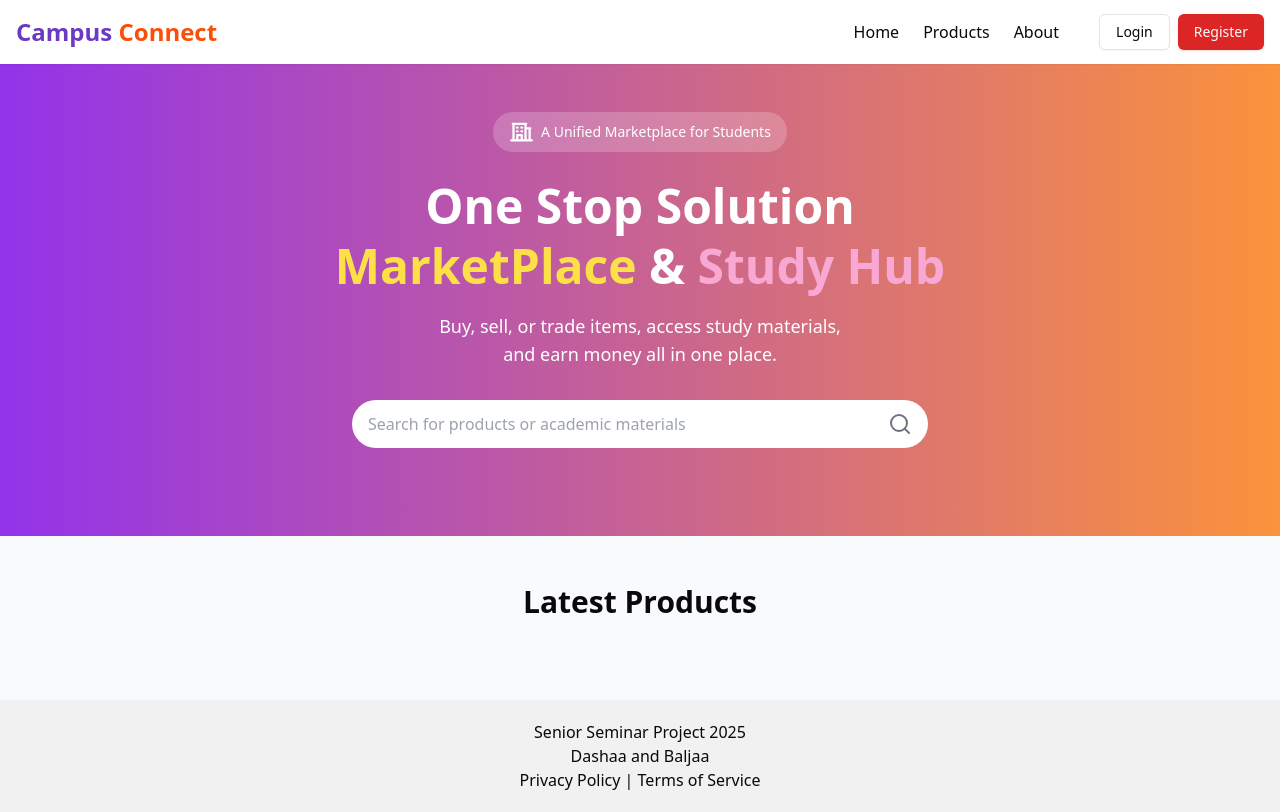
Repository: DashaaFX/Campus-Connect-CSC482
Page: / (app in frontend-recovery/)
These files come from the project's save history. The page is drawn as it stood at one moment and after a run of saves; the edit follows.
The browser window is 1280 px wide. The pictures show the whole page.
The page's requests for data from a server got no answer. The project was rebuilt for these pictures with package versions that can differ from the ones it lists, and the page was loaded fresh each time. No one was signed in, and anything a server would have sent is missing. Also part of the build but not shown: frontend-recovery/vite.config.js, frontend-recovery/src/components/ui/popover.jsx, frontend-recovery/src/components/ui/avatar.jsx, frontend-recovery/src/components/ui/label.jsx, frontend-recovery/src/components/ui/input.jsx, frontend-recovery/src/components/ui/radio-group.jsx, frontend-recovery/src/components/authentication/Login.jsx, frontend-recovery/src/components/authentication/Register.jsx and 22 more.

Above is the page before, as saved 2025-04-30 18:04:46.

### frontend-recovery/index.html
<!doctype html>
<html lang="en">
  <head>
    <meta charset="UTF-8" />
    <link rel="icon" href="/sunfire sensei logo.png" />
    <meta name="viewport" content="width=device-width, initial-scale=1.0" />
    <title>Campus Connect</title>
  </head>
  <body>
    <div id="root"></div>
    <script type="module" src="/src/main.jsx"></script>
  </body>
</html>

### frontend-recovery/src/main.jsx
import { StrictMode } from "react";
import { createRoot } from "react-dom/client";
import "./index.css";
import App from "./App.jsx";
import { Toaster } from "./components/ui/sonner";
import { Provider } from "react-redux";
import { persistStore } from "redux-persist";

import store from "./redux/store";
import { PersistGate } from "redux-persist/integration/react";

const persistor = persistStore(store);

createRoot(document.getElementById("root")).render(
  <StrictMode>
    <Provider store={store}>
      <PersistGate loading={null} persistor={persistor}>
        <App />
        <Toaster />
      </PersistGate>
    </Provider>
  </StrictMode>
);

### frontend-recovery/src/index.css
@tailwind base;
@tailwind components;
@tailwind utilities;

/* ... */

@layer base {
  :root {

    --background: 0 0% 100%;

    --foreground: 240 10% 3.9%;

    --card: 0 0% 100%;

    --card-foreground: 240 10% 3.9%;

    --popover: 0 0% 100%;

    --popover-foreground: 240 10% 3.9%;

    --primary: 240 5.9% 10%;

    --primary-foreground: 0 0% 98%;

    --secondary: 240 4.8% 95.9%;

    --secondary-foreground: 240 5.9% 10%;

    --muted: 240 4.8% 95.9%;

    --muted-foreground: 240 3.8% 46.1%;

    --accent: 240 4.8% 95.9%;

    --accent-foreground: 240 5.9% 10%;

    --destructive: 0 84.2% 60.2%;

    --destructive-foreground: 0 0% 98%;

    --border: 240 5.9% 90%;

    --input: 240 5.9% 90%;

    --ring: 240 10% 3.9%;

    --chart-1: 12 76% 61%;

    --chart-2: 173 58% 39%;

    --chart-3: 197 37% 24%;

    --chart-4: 43 74% 66%;

    --chart-5: 27 87% 67%;

    --radius: 0.5rem
  }
  .dark {

    --background: 240 10% 3.9%;

    --foreground: 0 0% 98%;

    --card: 240 10% 3.9%;

    --card-foreground: 0 0% 98%;

    --popover: 240 10% 3.9%;

    --popover-foreground: 0 0% 98%;

    --primary: 0 0% 98%;

    --primary-foreground: 240 5.9% 10%;

    --secondary: 240 3.7% 15.9%;

    --secondary-foreground: 0 0% 98%;

    --muted: 240 3.7% 15.9%;

    --muted-foreground: 240 5% 64.9%;

    --accent: 240 3.7% 15.9%;

    --accent-foreground: 0 0% 98%;

    --destructive: 0 62.8% 30.6%;

    --destructive-foreground: 0 0% 98%;

    --border: 240 3.7% 15.9%;

    --input: 240 3.7% 15.9%;

    --ring: 240 4.9% 83.9%;

    --chart-1: 220 70% 50%;

    --chart-2: 160 60% 45%;

    --chart-3: 30 80% 55%;

    --chart-4: 280 65% 60%;

    --chart-5: 340 75% 55%
  }
}

@layer base {
  * {
    @apply border-border;
  }
  body {
    @apply bg-background text-foreground;
  }
}

@keyframes collapsible-down {
  from {
    height: 0;
    opacity: 0;
  }
  to {
    height: var(--radix-collapsible-content-height);
    opacity: 1;
  }
}

@keyframes collapsible-up {
  from {
    height: var(--radix-collapsible-content-height);
    opacity: 1;
  }
  to {
    height: 0;
    opacity: 0;
  }
}

### frontend-recovery/src/components/ui/sonner.jsx
import { useTheme } from "next-themes"
import { Toaster as Sonner } from "sonner"

const Toaster = ({
  ...props
}) => {
  const { theme = "system" } = useTheme()

  return (
    (<Sonner
      theme={theme}
      className="toaster group"
      toastOptions={{
        classNames: {
          toast:
            "group toast group-[.toaster]:bg-background group-[.toaster]:text-foreground group-[.toaster]:border-border group-[.toaster]:shadow-lg",
          description: "group-[.toast]:text-muted-foreground",
          actionButton:
            "group-[.toast]:bg-primary group-[.toast]:text-primary-foreground",
          cancelButton:
            "group-[.toast]:bg-muted group-[.toast]:text-muted-foreground",
        },
      }}
      {...props} />)
  );
}

export { Toaster }

### frontend-recovery/src/components/components_lite/Navbar.jsx
import React from "react";
import { Link, useNavigate } from "react-router-dom";
import { Popover, PopoverContent, PopoverTrigger } from "../ui/popover";
import { Avatar, AvatarImage } from "../ui/avatar";
import { Button } from "../ui/button";
import { LogOut, User2, ShoppingCart, PackageCheck, PackageSearch } from "lucide-react";
import { useDispatch, useSelector } from "react-redux";
import { toast } from "sonner";
import axios from "axios";
import { setUser } from "@/redux/authSlice";
import { USER_API_ENDPOINT } from "@/utils/data";


const Navbar = () => {
  const { user } = useSelector((store) => store.auth);
  const cartItems = useSelector((state) => state.cart.items);
  const cartCount = cartItems.reduce((acc, item) => acc + item.quantity, 0);

  const dispatch = useDispatch();
  const navigate = useNavigate();

  const itemCount = cartItems.reduce((acc, item) => acc + item.quantity, 0);

  const logoutHandler = async () => {
    try {
      const res = await axios.post(`${USER_API_ENDPOINT}/logout`, {
        withCredentials: true,
      });
      if (res && res.data && res.data.success) {
        dispatch(setUser(null));
        navigate("/");
        toast.success(res.data.message);
      } else {
        console.error("Error logging out:", res.data);
      }
    } catch (error) {
      console.error("Axios error:", error);
      if (error.response) {
        console.error("Error response:", error.response.data);
      }
      toast.error("Error logging out. Please try again.");
    }
  };

  return (
    <div className="bg-white sticky top-0 z-50 shadow-sm">
      <div className="flex items-center justify-between mx-auto max-w-7xl h-16 px-4">
        <div>
          <Link to="/" className="cursor-pointer">
            <h1 className="text-2xl font-bold">
              <span className="text-[#6B3AC2]">Campus</span>{" "}
              <span className="text-[#FA4F09]">Connect</span>
            </h1>
          </Link>
        </div>

        <div className="flex items-center gap-10">
          <ul className="flex font-medium items-center gap-6">
            <li><Link to={"/Home"}>Home</Link></li>
            <li><Link to={"/products"}>Products</Link></li>
            <li><Link to={"/Creator"}>About</Link></li>
            {user && (
              <>
                <li>
                  <Link to={"/cart"} className="relative flex items-center gap-1">
                    <ShoppingCart size={18} />
                    Cart
                    {itemCount > 0 && (
                      <span className="ml-1 inline-flex items-center justify-center px-2 py-0.5 text-xs font-bold text-white bg-red-500 rounded-full">
                        {itemCount}
                      </span>
                    )}
                  </Link>
                </li>
                <li>
                  <Link to={"/my-orders"} className="flex items-center gap-1">
                    <PackageCheck size={18} />
                    My Orders
                  </Link>
                </li>
                <li>
                  <Link to={"/my-sales"} className="flex items-center gap-1">
                    <PackageSearch size={18} />
                    My Sales
                  </Link>
                </li>

              </>
            )}
          </ul>

          {!user ? (
            <div className="flex items-center gap-2">
              <Link to={"/login"}>
                <Button variant="outline">Login</Button>
              </Link>
              <Link to={"/register"}>
                <Button className="bg-red-600 hover:bg-red-700">
                  Register
                </Button>
              </Link>
            </div>
          ) : (
            <Popover>
              <PopoverTrigger asChild>
                <Avatar className="cursor-pointer">
                  <AvatarImage
                    src={user?.profile?.profilePhoto}
                    alt="profile"
                  />
                </Avatar>
              </PopoverTrigger>
              <PopoverContent className="w-80">
                <div className="flex items-center gap-4 space-y-2">
                  <Avatar>
                    <AvatarImage
                      src={user?.profile?.profilePhoto}
                      alt="profile"
                    />
                  </Avatar>
                  <div>
                    <h3 className="font-medium">{user?.fullname}</h3>
                    <p className="text-sm text-muted-foreground">
                      {user?.profile?.bio}
                    </p>
                  </div>
                </div>

                <div className="flex flex-col my-2 text-gray-600">
                  <div className="flex w-fit items-center gap-2 cursor-pointer">
                    <User2 />
                    <Button variant="link">
                      <Link to={"/Profile"}>Profile</Link>
                    </Button>
                  </div>

                  <div className="flex w-fit items-center gap-2 cursor-pointer">
                    <LogOut />
                    <Button onClick={logoutHandler} variant="link">
                      Logout
                    </Button>
                  </div>
                </div>
              </PopoverContent>
            </Popover>
          )}
        </div>
      </div>
    </div>
  );
};

export default Navbar;

### frontend-recovery/src/components/components_lite/Home.jsx
// src/components/components_lite/Home.jsx
import React, { useEffect, useState } from 'react';
import Navbar from './Navbar';
import Header from './Header';
import Footer from './Footer';
import axios from 'axios';
import { PRODUCT_API_ENDPOINT } from '@/utils/data';
import { Link } from 'react-router-dom';
import { Button } from '../ui/button';
import LatestProducts from './LatestProducts';

const BASE_URL = import.meta.env.VITE_API_BASE_URL || 'http://localhost:3000';

const Home = () => {
  const [recentProducts, setRecentProducts] = useState([]);

  useEffect(() => {
    axios
      .get(`${PRODUCT_API_ENDPOINT}?limit=6&sort=-createdAt`)
      .then(res => {
        setRecentProducts(res.data.data || res.data);
      })
      .catch(err => console.error('Failed to load products', err));
  }, []);

  return (
    <div className="min-h-screen flex flex-col">
      <Navbar />
      <Header />

      <main className="flex-grow bg-gray-50 py-12 px-4">
      <div className="container mx-auto">
        <h2 className="text-3xl font-bold text-center mb-8">Latest Products</h2>
        <LatestProducts limit={6} />
      </div>
    </main>

      <Footer />
    </div>
  );
};

export default Home;

### frontend-recovery/src/components/ui/button.jsx
import * as React from "react"
import { Slot } from "@radix-ui/react-slot"
import { cva } from "class-variance-authority";

import { cn } from "@/lib/utils"

const buttonVariants = cva(
  "inline-flex items-center justify-center gap-2 whitespace-nowrap rounded-md text-sm font-medium transition-colors focus-visible:outline-none focus-visible:ring-1 focus-visible:ring-ring disabled:pointer-events-none disabled:opacity-50 [&_svg]:pointer-events-none [&_svg]:size-4 [&_svg]:shrink-0",
  {
    variants: {
      variant: {
        default:
          "bg-primary text-primary-foreground shadow hover:bg-primary/90",
        destructive:
          "bg-destructive text-destructive-foreground shadow-sm hover:bg-destructive/90",
        outline:
          "border border-input bg-background shadow-sm hover:bg-accent hover:text-accent-foreground",
        secondary:
          "bg-secondary text-secondary-foreground shadow-sm hover:bg-secondary/80",
        ghost: "hover:bg-accent hover:text-accent-foreground",
        link: "text-primary underline-offset-4 hover:underline",
      },
      size: {
        default: "h-9 px-4 py-2",
        sm: "h-8 rounded-md px-3 text-xs",
        lg: "h-10 rounded-md px-8",
        icon: "h-9 w-9",
      },
    },
    defaultVariants: {
      variant: "default",
      size: "default",
    },
  }
)

const Button = React.forwardRef(({ className, variant, size, asChild = false, ...props }, ref) => {
  const Comp = asChild ? Slot : "button"
  return (
    (<Comp
      className={cn(buttonVariants({ variant, size, className }))}
      ref={ref}
      {...props} />)
  );
})
Button.displayName = "Button"

export { Button, buttonVariants }

### frontend-recovery/src/components/components_lite/Header.jsx
// src/components/components_lite/Header.jsx
import React, { useEffect, useState } from 'react';
import { Button } from '../ui/button';
import { Search } from 'lucide-react';
import { PiBuildingOfficeBold } from 'react-icons/pi';
import axios from 'axios';
import { CATEGORY_API_ENDPOINT } from '@/utils/data';
import { useNavigate } from 'react-router-dom';

const Header = () => {
  const [categories, setCategories] = useState([]);
  const navigate = useNavigate();

  useEffect(() => {
    axios
      .get(CATEGORY_API_ENDPOINT)
      .then(res => setCategories(res.data))
      .catch(err => console.error('Failed to load categories', err));
  }, []);

  return (
    <header className="bg-gradient-to-r from-purple-600 to-orange-400 text-white py-12 px-4">
      <div className="container mx-auto text-center">
        <div className="mb-6">
          <span className="inline-flex items-center px-4 py-2 bg-white bg-opacity-20 rounded-full text-sm font-medium">
            <PiBuildingOfficeBold className="mr-2 text-2xl" />
            A Unified Marketplace for Students
          </span>
        </div>
        <h1 className="text-5xl font-extrabold leading-tight mb-4">
          One Stop Solution <br />
          <span className="text-yellow-300">MarketPlace</span> & <span className="text-pink-300">Study Hub</span>
        </h1>
        <p className="text-lg mb-8">
          Buy, sell, or trade items, access study materials,<br /> and earn money all in one place.
        </p>
        <div className="max-w-xl mx-auto relative">
          <input
            type="text"
            placeholder="Search for products or academic materials"
            className="w-full py-3 px-4 rounded-full text-black focus:outline-none"
          />
          <Search className="absolute right-4 top-1/2 transform -translate-y-1/2 text-gray-500" />
        </div>
      </div>

      <nav className="mt-10 overflow-x-auto">
        <ul className="flex space-x-4 px-4">
          {categories.map(cat => (
            <li key={cat._id}>
              <Button
                variant="outline"
                onClick={() => navigate(`/products/category/${cat._id}`)}
              >
                {cat.name.replace(/_/g, ' ')}
              </Button>
            </li>
          ))}
        </ul>
      </nav>
    </header>
  );
};

export default Header;

### frontend-recovery/src/components/components_lite/Footer.jsx
import React from "react";
import { Link } from "react-router-dom";

const Footer = () => {
  return (
    <div>
      {/* Footer for the current page */}
      <div
        style={{
          textAlign: "center",
          padding: "20px",
          backgroundColor: "#f1f1f1",
        }}
      >
        <p> Senior Seminar Project 2025</p>
        <p>
          Dashaa and Baljaa
        </p>
        <p>
          <Link to={"/PrivacyPolicy"}>Privacy Policy </Link> |
          <Link to={"/TermsofService"}> Terms of Service</Link>
        </p>
      </div>
    </div>
  );
};

export default Footer;

### frontend-recovery/src/components/components_lite/LatestProducts.jsx
// src/components/components_lite/LatestProducts.jsx
import React, { useEffect, useState } from 'react';
import axios from 'axios';
import { PRODUCT_API_ENDPOINT } from '@/utils/data';
import { Link } from 'react-router-dom';
import { Button } from '../ui/button';

const BASE_URL = import.meta.env.VITE_API_BASE_URL || 'http://localhost:3000';

const LatestProducts = ({ limit = 6 }) => {
  const [products, setProducts] = useState([]);

  useEffect(() => {
    axios
      .get(`${PRODUCT_API_ENDPOINT}?limit=${limit}&sort=-createdAt`)
      .then(res => setProducts(res.data.data || res.data))
      .catch(err => console.error('Failed to load products', err));
  }, [limit]);

  return (
    <div className="grid grid-cols-1 sm:grid-cols-2 md:grid-cols-3 gap-6">
      {products.map(product => (
        <Link
          key={product._id}
          to={`/products/${product._id}`}
          className="block bg-white rounded-lg shadow hover:shadow-lg transition-shadow p-4 flex flex-col"
        >
          <img
            src={
              product.images?.[0]
                ? `${BASE_URL}${product.images[0]}`
                : '/placeholder-image.jpg'
            }
            alt={product.title}
            className="h-40 w-full object-cover rounded"
          />
          <h3 className="mt-4 font-semibold text-lg">{product.title}</h3>
          <p className="text-sm text-gray-500 flex-grow mt-1">
            {product.description?.substring(0, 60)}...
          </p>
          <div className="mt-4 flex items-center justify-between">
            <span className="font-bold text-xl">${product.price.toFixed(2)}</span>
            <Button size="sm">View</Button>
          </div>
        </Link>
      ))}
    </div>
  );
};

export default LatestProducts;

Loaded but not shown: frontend-recovery/src/lib/utils.js (common file); frontend-recovery/tailwind.config.js (common file); frontend-recovery/src/redux/productSlice.js (180 lines, source omitted); frontend-recovery/src/redux/authSlice.js (133 lines, source omitted); frontend-recovery/src/redux/cartSlice.js (74 lines, source omitted); frontend-recovery/src/redux/store.js (41 lines, source omitted); frontend-recovery/src/utils/data.js (8 lines, source omitted); frontend-recovery/src/App.jsx (100 lines, source omitted)

After the next 2 saves:
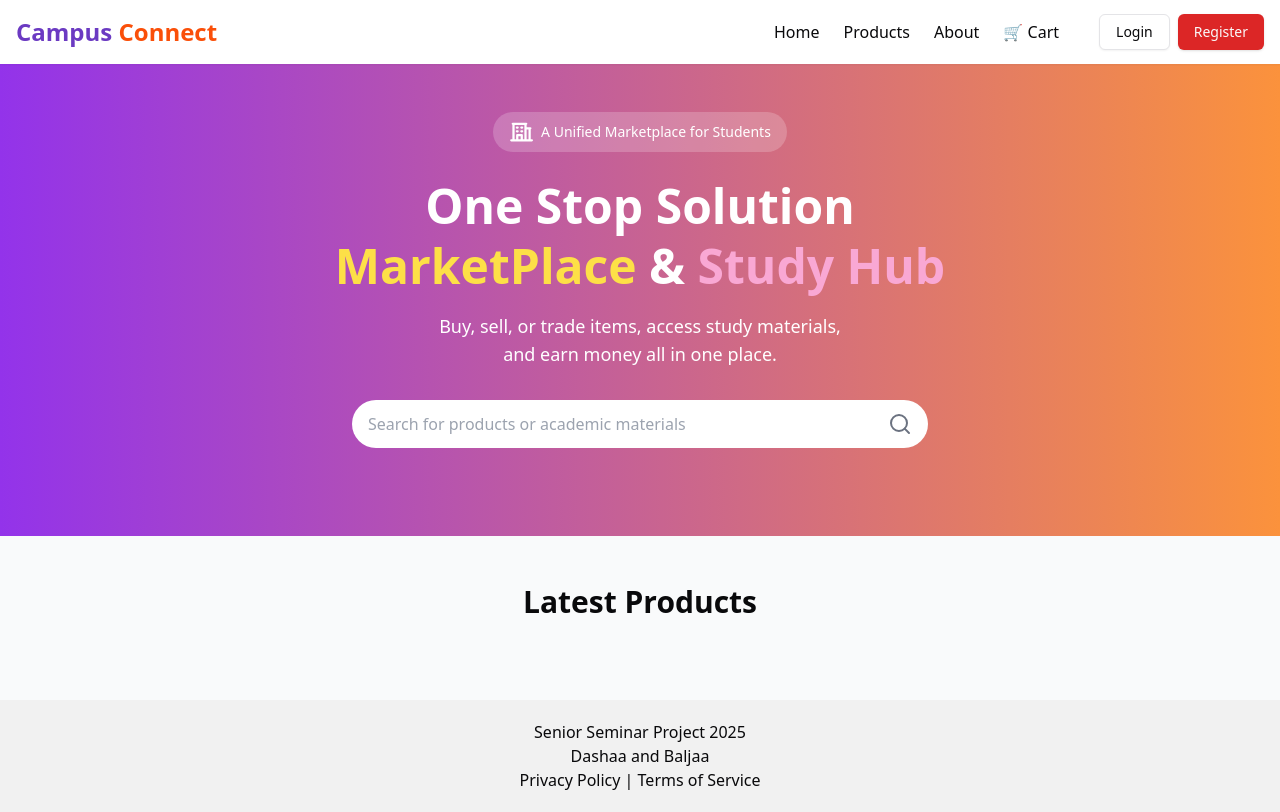
The 2 saves are shown as one change because they came seconds apart.
The last was saved 64 s later.
--- a/frontend-recovery/src/components/components_lite/Navbar.jsx
+++ b/frontend-recovery/src/components/components_lite/Navbar.jsx
@@ -59,6 +59,16 @@
             <li><Link to={"/Home"}>Home</Link></li>
             <li><Link to={"/products"}>Products</Link></li>
             <li><Link to={"/Creator"}>About</Link></li>
+            <li>
+            <Link to="/cart" className="relative">
+              🛒 Cart
+              {cartCount > 0 && (
+                <span className="absolute -top-2 -right-3 bg-red-600 text-white text-xs px-2 py-0.5 rounded-full">
+                  {cartCount}
+                </span>
+              )}
+            </Link>
+          </li>
             {user && (
               <>
                 <li>

After the save that followed:
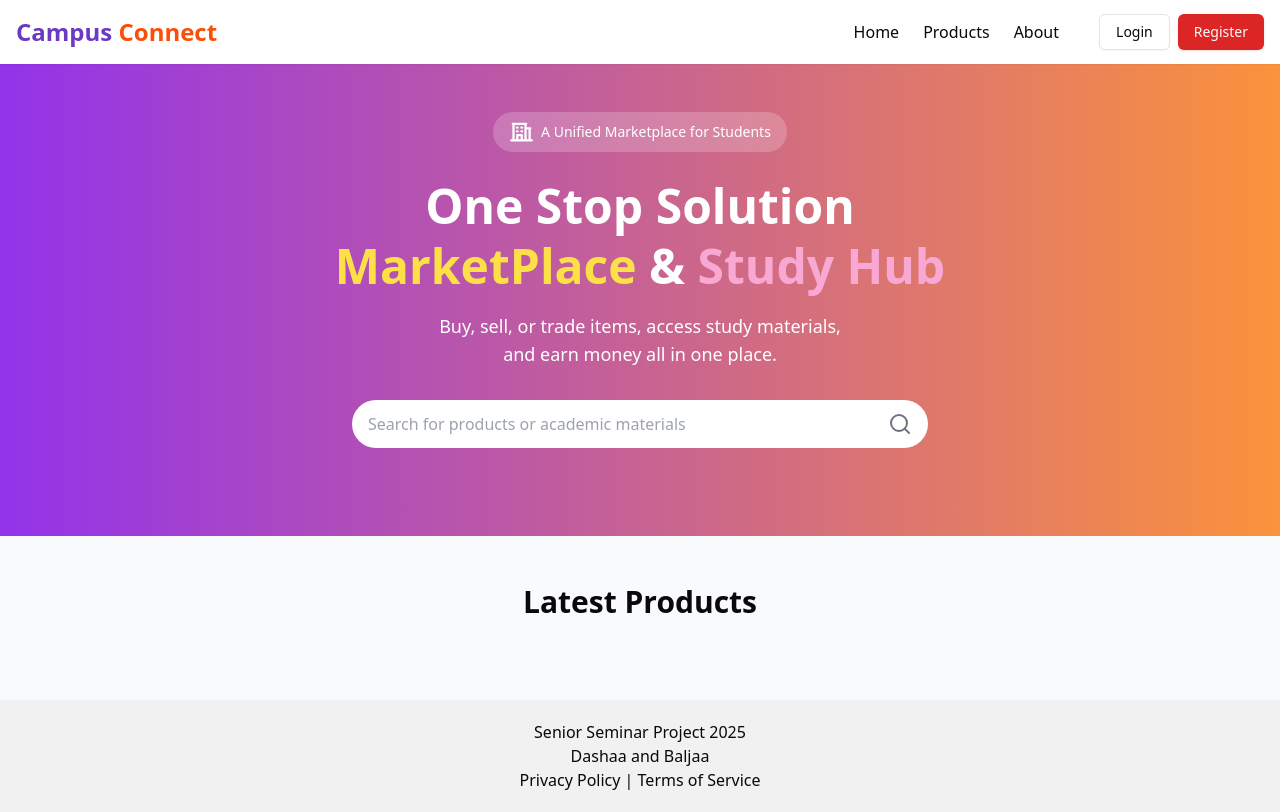
Saved 72 s later.
--- a/frontend-recovery/src/components/components_lite/Navbar.jsx
+++ b/frontend-recovery/src/components/components_lite/Navbar.jsx
@@ -59,16 +59,7 @@
             <li><Link to={"/Home"}>Home</Link></li>
             <li><Link to={"/products"}>Products</Link></li>
             <li><Link to={"/Creator"}>About</Link></li>
-            <li>
-            <Link to="/cart" className="relative">
-              🛒 Cart
-              {cartCount > 0 && (
-                <span className="absolute -top-2 -right-3 bg-red-600 text-white text-xs px-2 py-0.5 rounded-full">
-                  {cartCount}
-                </span>
-              )}
-            </Link>
-          </li>
+
             {user && (
               <>
                 <li>
